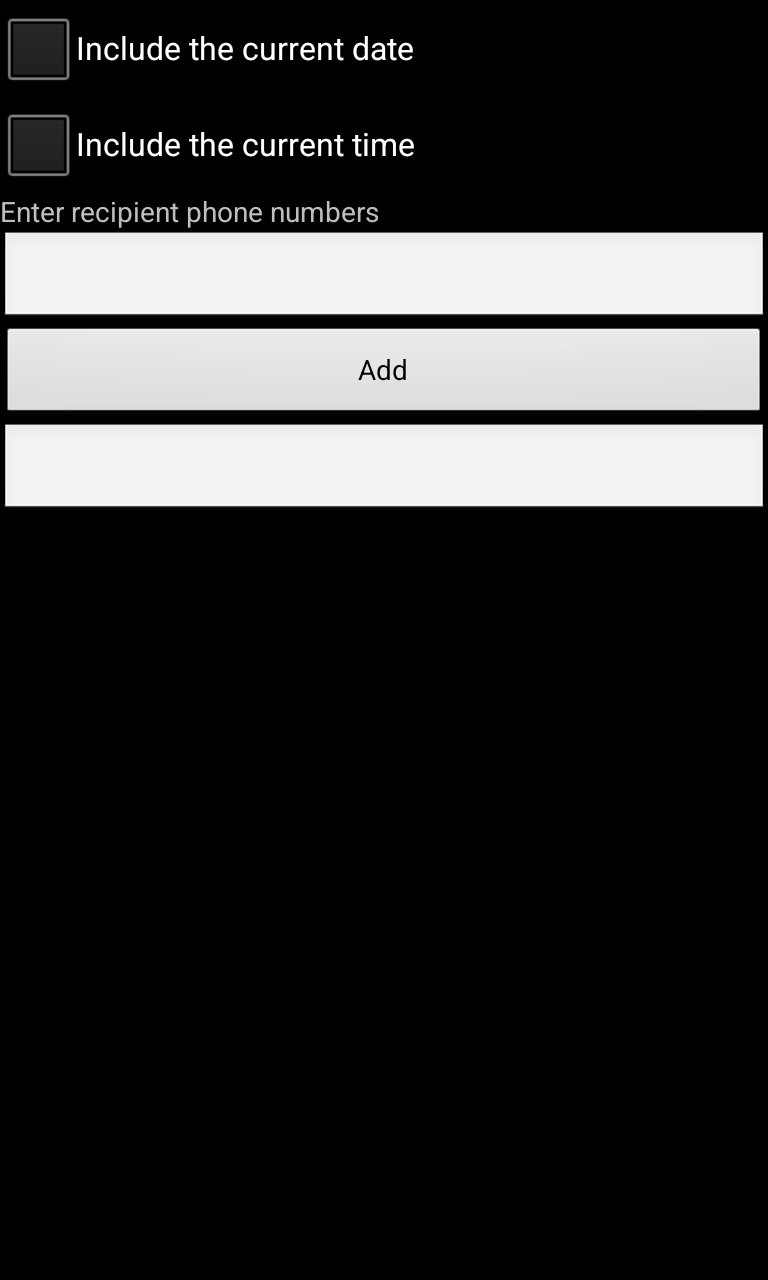
Repository: RaabsIn513/eclipse_workspace
Layout: Copy of SAS_revA/res/layout/main_sms_settings.xml
These files come from the project's save history. The layout is drawn as it stood at one moment and after the next save; the edit follows.
It is drawn on a 768 x 1280 px phone screen (xhdpi) without system bars, with theme android:Theme; the app's code is not run. Lists and similar views that code fills are empty.

Above is the layout before, as saved 2012-02-16 21:01:43.

After the next save:
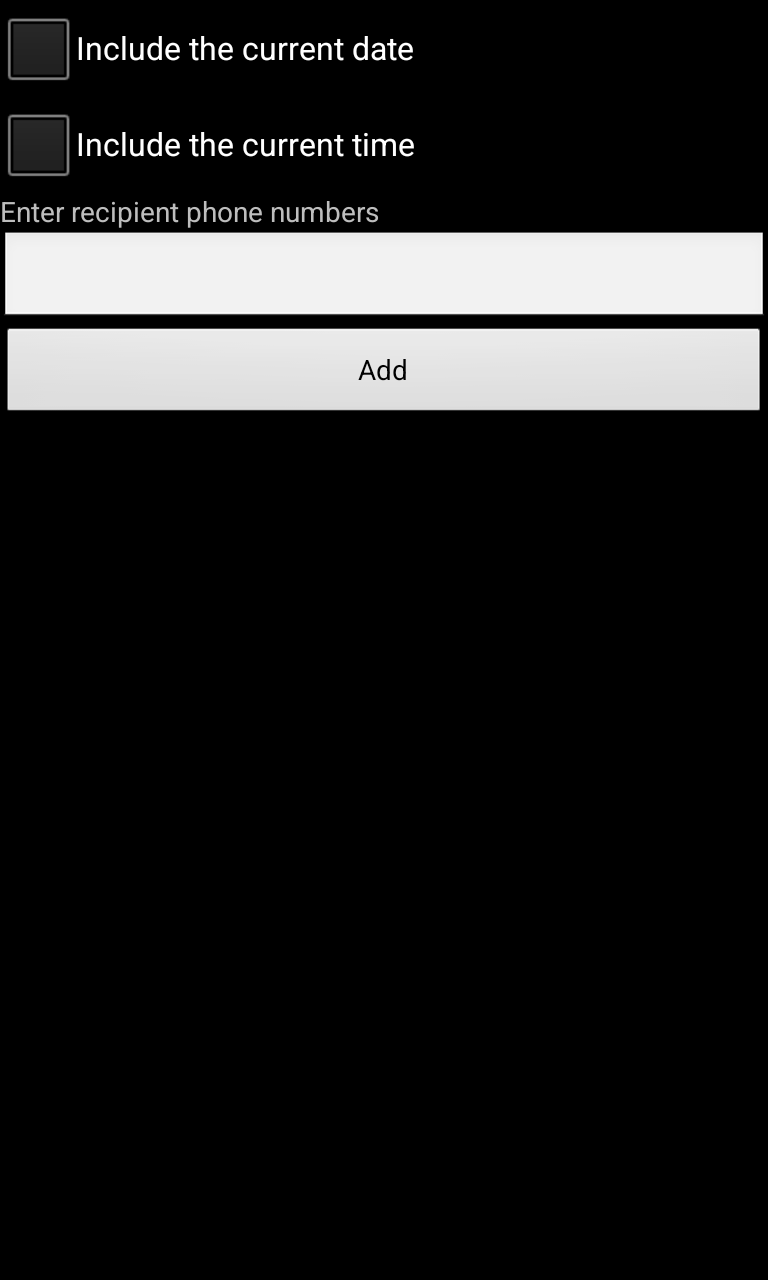
Saved 10 min 58 s later.
--- a/Copy of SAS_revA/res/layout/main_sms_settings.xml
+++ b/Copy of SAS_revA/res/layout/main_sms_settings.xml
@@ -32,7 +32,7 @@
         android:layout_height="wrap_content"
         android:text="Add" />
 
-	<EditText
+	<ListView
 	    android:id="@+id/txtBoxNumbers"
 	    android:layout_width="fill_parent"
 	    android:layout_height="wrap_content"
